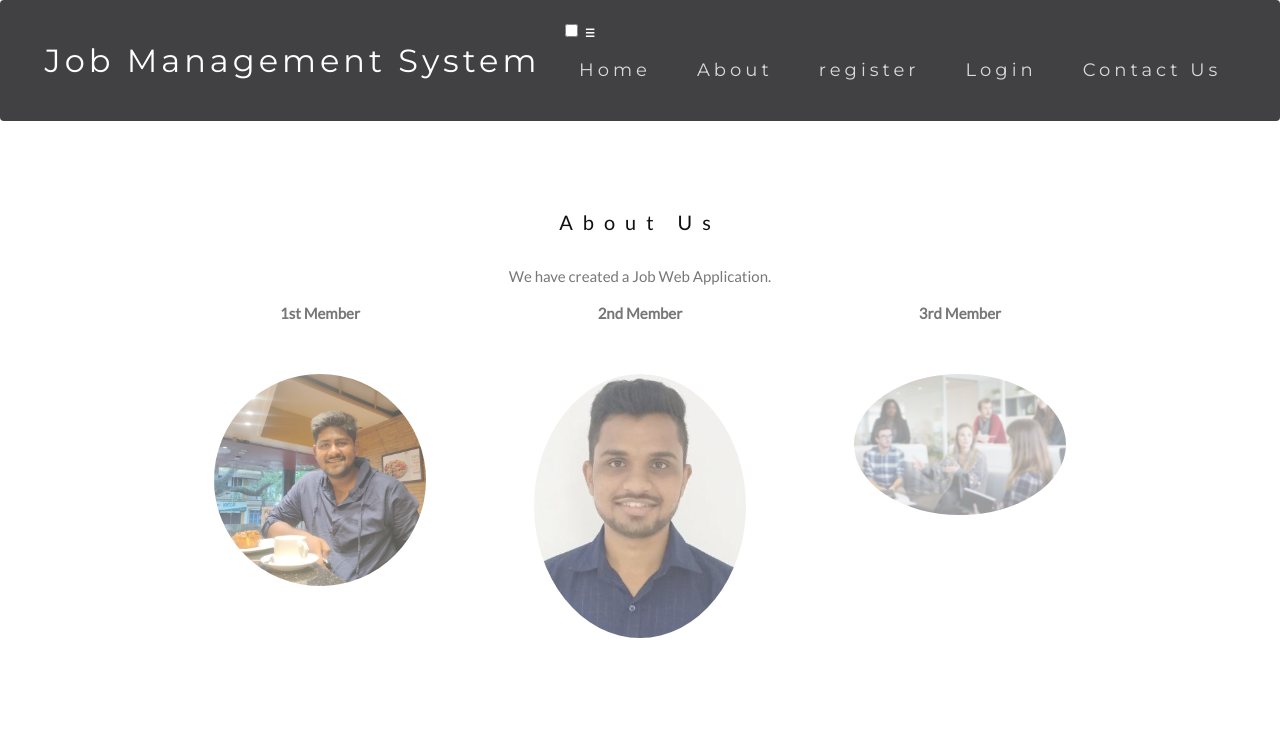
Repository: PrinceKumawat1109/JFSD
Page: http://localhost/Job-management/about.jsp
These files come from the project's save history. The page is drawn as it stood at one moment and after the next save; the edit follows.
The browser window is 1280 px wide. The pictures show the whole page.
The page is served by Tomcat 9.

Above is the page before, as saved 2022-10-29 23:58:52.

After the next save:
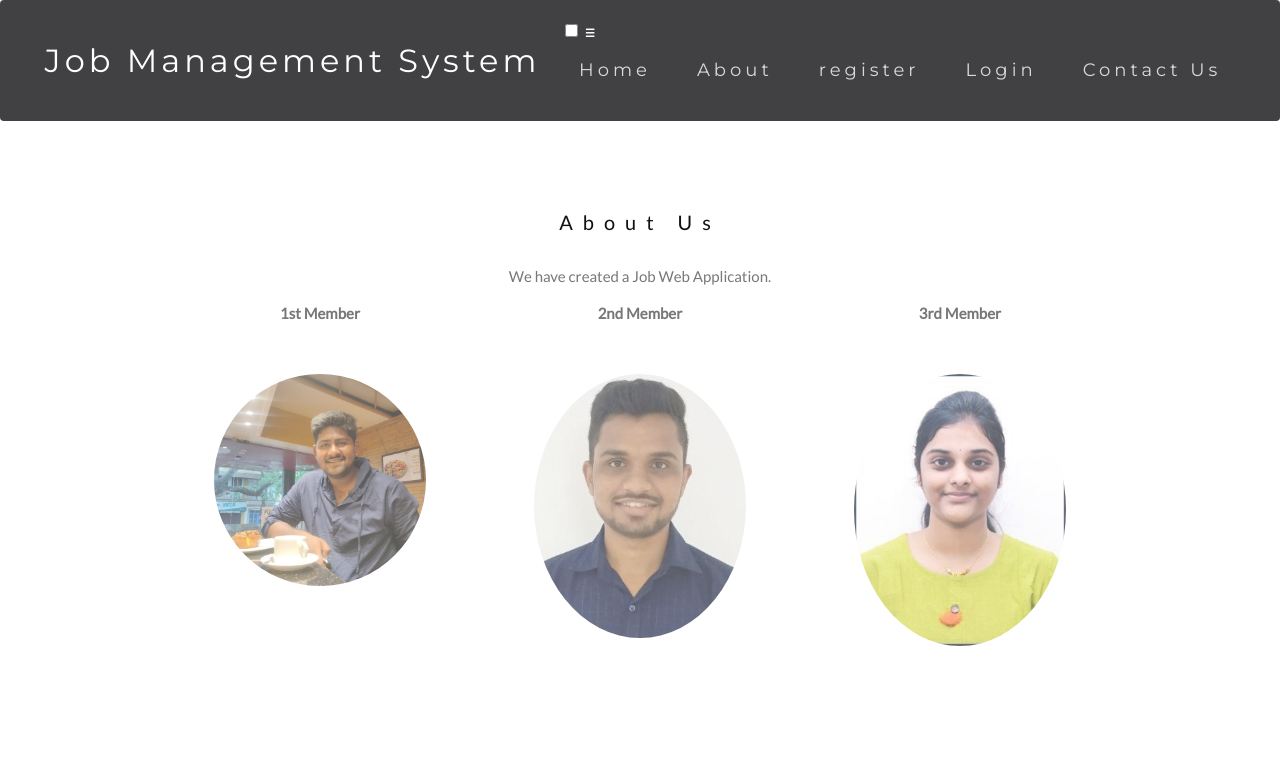
Saved 3 min 46 s later.
--- a/Job-management/src/main/webapp/about.jsp
+++ b/Job-management/src/main/webapp/about.jsp
@@ -184,7 +184,7 @@
           <div class="col-sm-4">
             <p class="text-center"><strong>3rd Member</strong></p><br>
             <a href="#demo3" data-toggle="collapse">
-              <img src="meeting.jpg" class="img-circle person" alt="Random Name" width="255" height="255">
+              <img src="photo_2022-10-30_05-31-09.jpg" class="img-circle person" alt="Random Name" width="255" height="255">
             </a>
             <div id="demo3" class="collapse">
               <p>Bass player</p>
